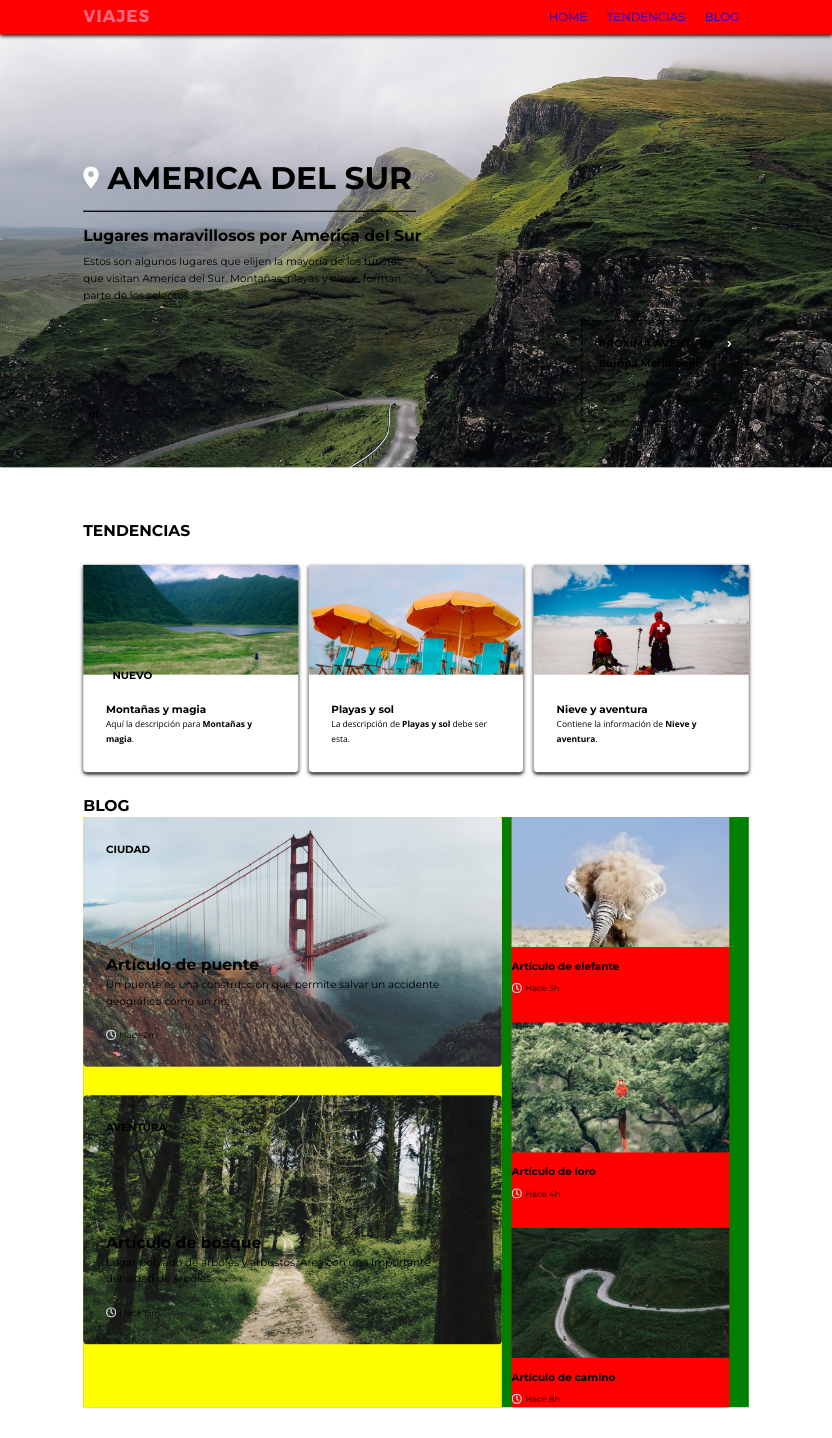
Repository: agustin-mesa/viajes
Page: /
These files come from the project's save history. The page is drawn as it stood at one moment and after the next save; the edit follows.
The browser window is 1280 px wide. The pictures show the whole page, at 65% of full size.
The project was rebuilt for these pictures with package versions that can differ from the ones it lists, and the page was loaded fresh each time. Also part of the build but not shown: src/components/styles/colors.module.scss.

Above is the page before, as saved 2021-11-12 13:33:25.

After the next save:
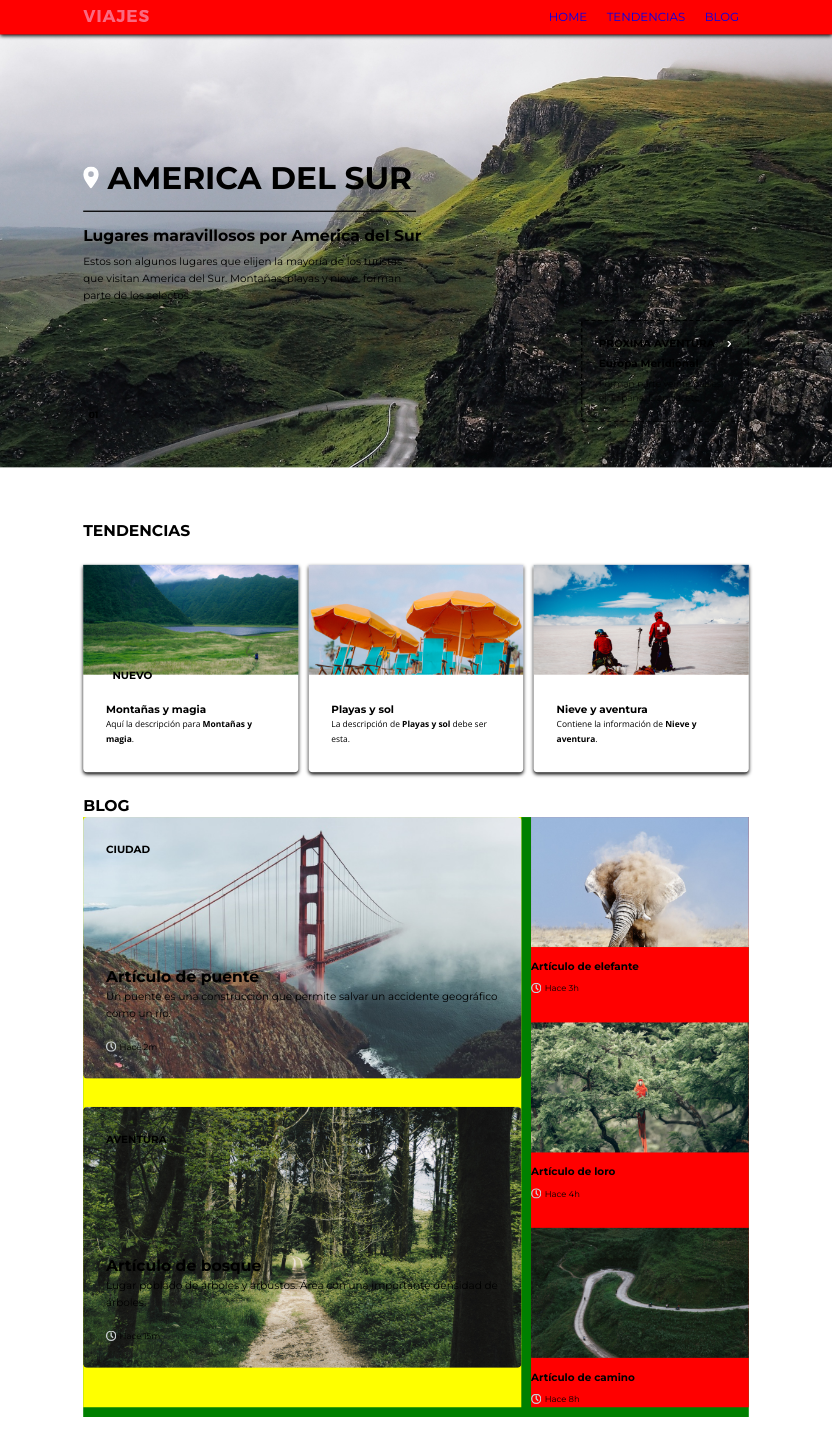
Saved 2 min 21 s later.
--- a/src/pages/Blog.js
+++ b/src/pages/Blog.js
@@ -119,7 +119,7 @@ const ContainerBlog = styled.section`
     width: 100%;
     background: green;
 
-    grid-template: ".blog__article .blog__aside" auto / auto;
+    grid-template: ".blog__article" ".blog__aside" auto / auto;
   }
   .blog__header {
     width: 100%;
